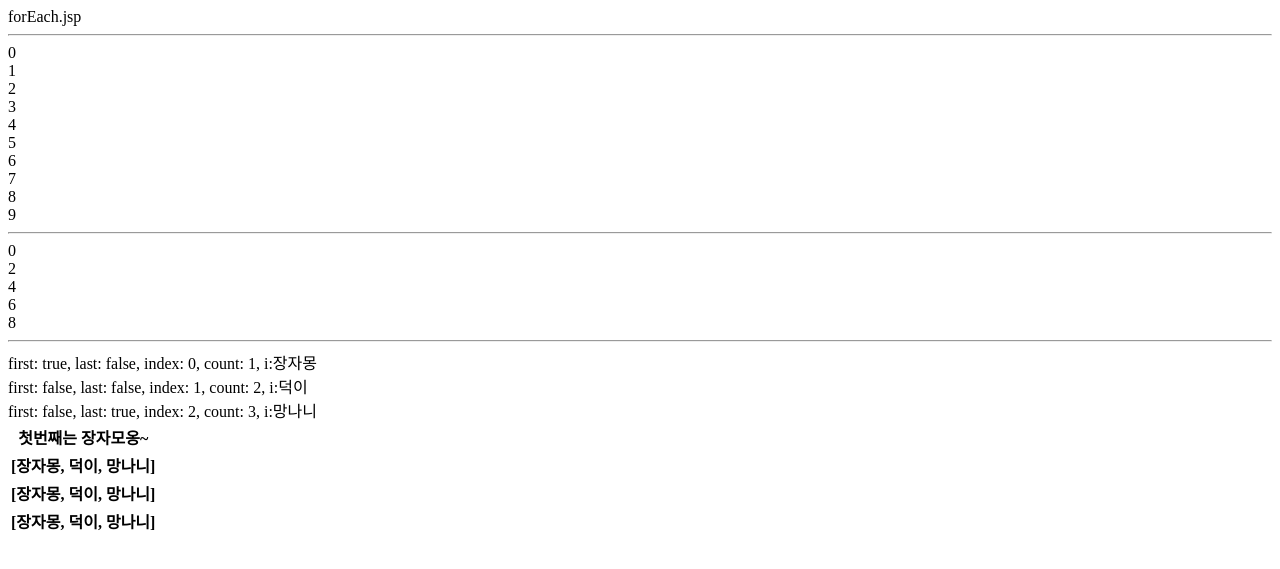
Repository: cartoon1110/KosaSwCourse
Page: http://localhost/JSPprogramming/ch11/forEach.jsp
These files come from the project's save history. The page is drawn as it stood at one moment and after the next save; the edit follows.
The browser window is 1280 px wide. The pictures show the whole page.
The page is served by Tomcat 9. Other server files are loaded and not shown.

Above is the page before, as saved 2015-08-29 08:22:55.

### workspace-web/JSPprogramming/WebContent/ch11/forEach.jsp
<%@ page contentType="text/html; charset=UTF-8"%>
<%@ page import="java.util.*" %>
<%@ taglib prefix="c" uri="http://java.sun.com/jsp/jstl/core" %>

<!DOCTYPE html >
<html>
	<head>
		<meta charset="UTF-8">
		<title>Insert title here</title>
	</head>


	<body>
		forEach.jsp
		<hr/>

		<c:forEach var="i" begin="0" end="9">
			${ i} <br/>
		</c:forEach>
		<hr/>


		<c:forEach var="i" begin="0" end="9" step="2">
			${ i} <br/>
		</c:forEach>

		<hr/>
		<%
		List<String> names=new ArrayList<String>();
		names.add("장자몽");
		names.add("덕이");
		names.add("망나니");

		request.setAttribute("names",names);
		%>


		<c:forEach var="i" items="${names}" varStatus="status">
			first: ${status.first},
			last: ${status.last },
			index: ${status.index},
			count: ${status.count},
			i:${i} <br/>
		</c:forEach>

		<c:forEach var="i" items="${names}" varStatus="status">
			<c:if test="${status.first }">
				<table>
					<tr>
						<th>첫번째는 장자모옹~</th>
					</tr>
			</c:if>
					<tr>
						<th>${names}</th>
					</tr>
			<c:if test="${status.last}">
				</table>
			</c:if>
		</c:forEach>

	</body>
</html>

After the next save:
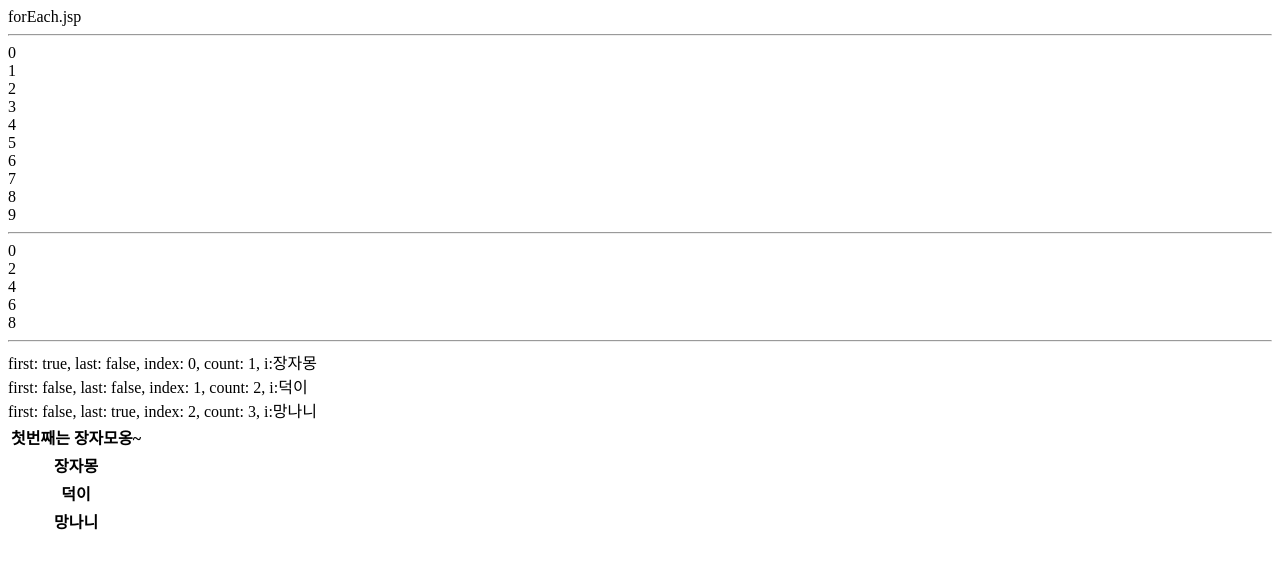
Saved 7 s later.
--- a/workspace-web/JSPprogramming/WebContent/ch11/forEach.jsp
+++ b/workspace-web/JSPprogramming/WebContent/ch11/forEach.jsp
@@ -51,7 +51,7 @@
 					</tr>
 			</c:if>
 					<tr>
-						<th>${names}</th>
+						<th>${i}</th>
 					</tr>
 			<c:if test="${status.last}">
 				</table>
